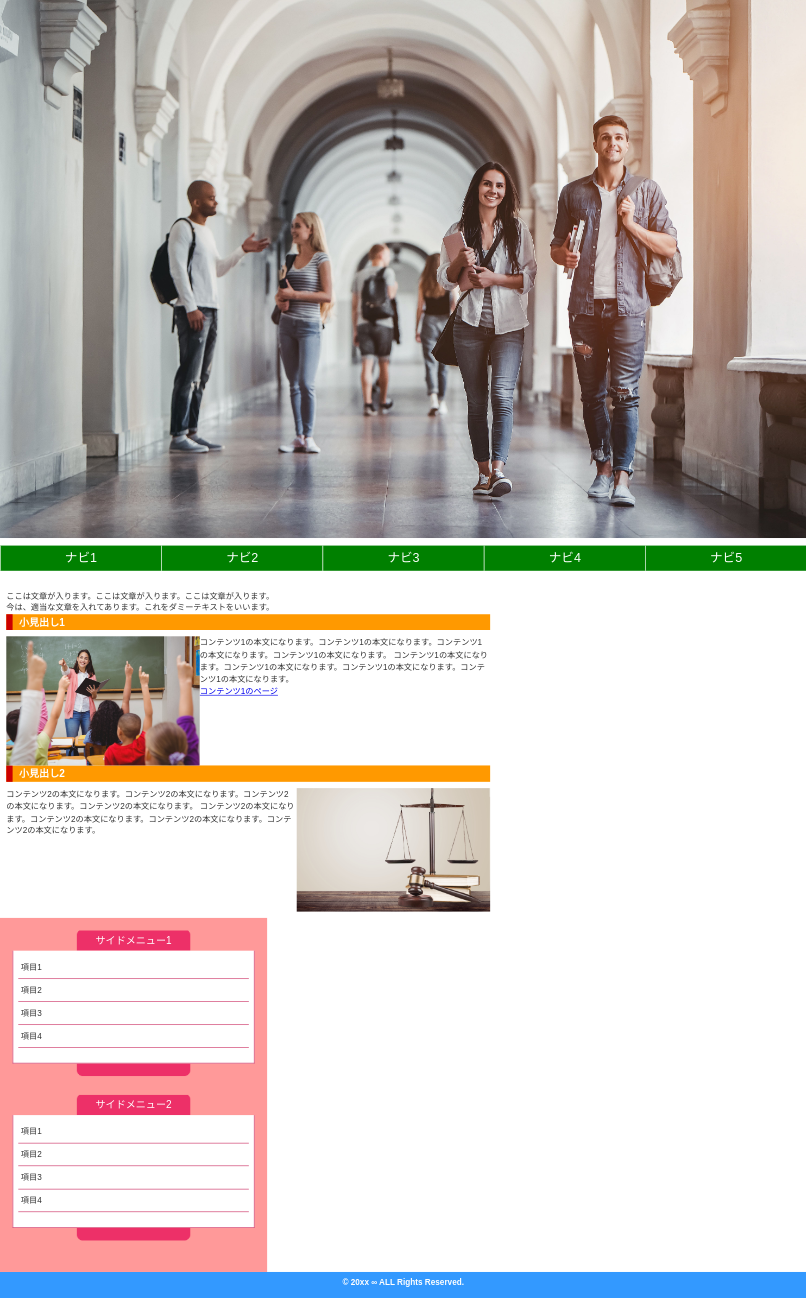
Repository: ryota-ima/samurai_HTML-CSS
Page: home.html
The author's editor kept a record of every edit. The page is drawn from the files as they stood at one moment, then again after the next edit.
The browser window is 1280 px wide. The pictures show the whole page, at 63% of full size.

Above is the page before.

After the next edit:
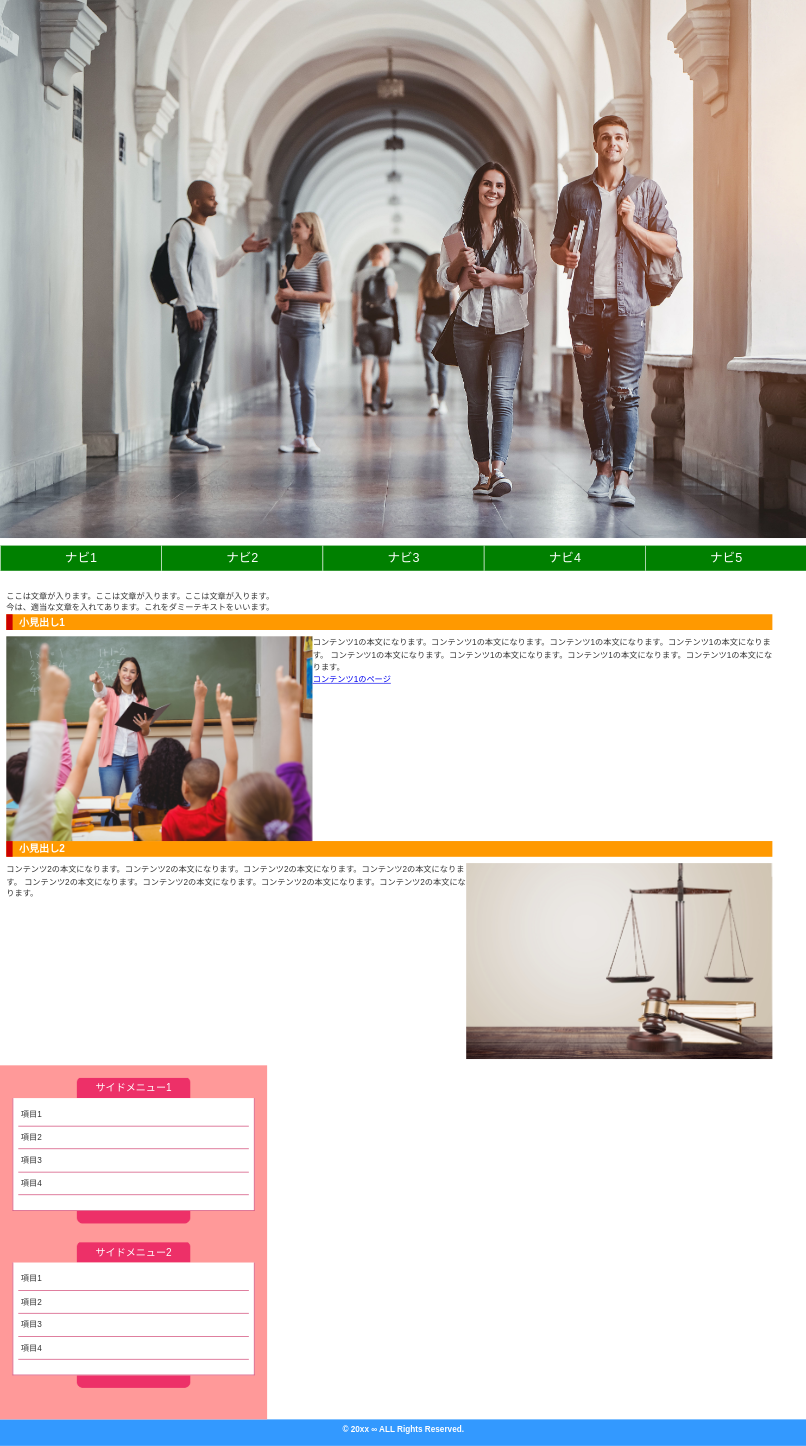
The edit:
--- a/stylesheet.css
+++ b/stylesheet.css
@@ -99,8 +99,9 @@
 /*------------------------main------------------------------*/
 
 #main {
-    float: left;
-    width: 60%;
+    width: 95%;
+    /*float: left;*/
+    /*width: 60%;*/
     padding: 10px 30px 10px 10px;
 }
 
